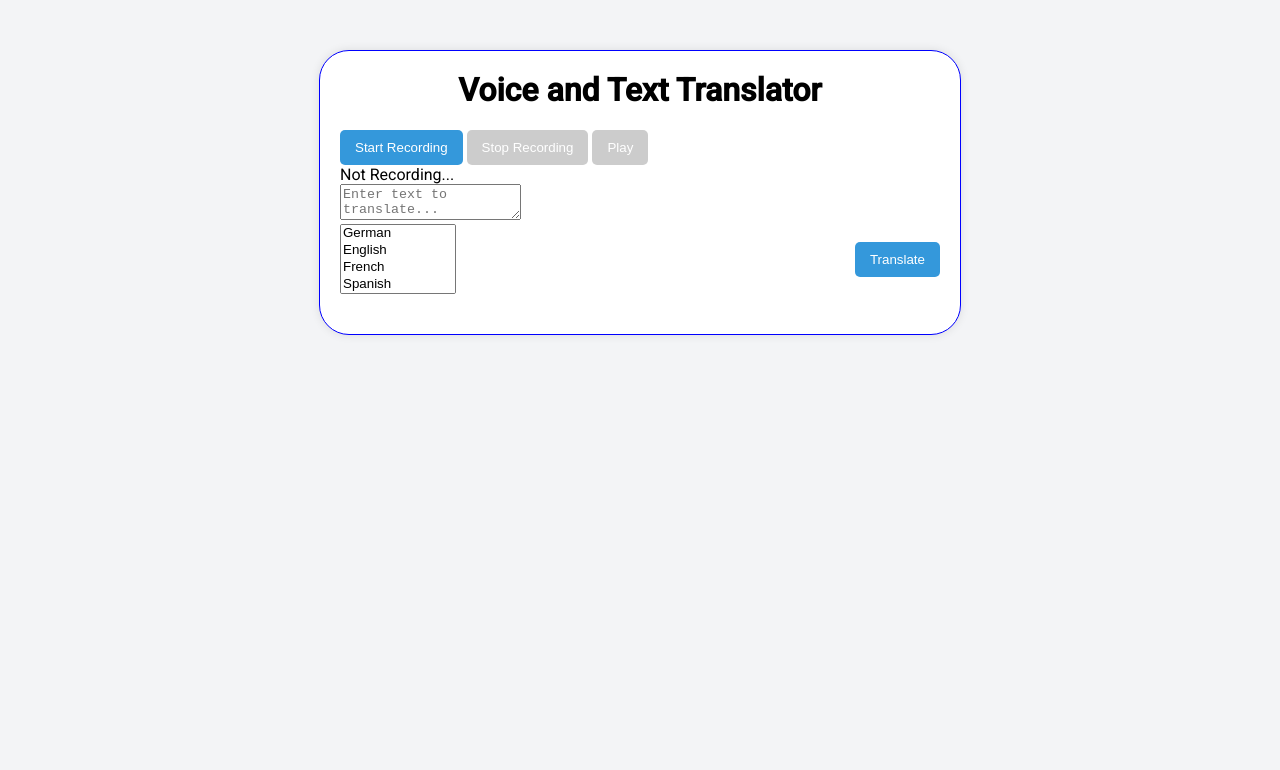
Repository: Tobby004/voice-and-text-translator
Page: index.html
These files come from the project's save history. The page is drawn as it stood at one moment and after the next save; the edit follows.
The browser window is 1280 px wide. The pictures show the whole page.

Above is the page before, as saved 2023-09-06 15:23:14.
Console error: TypeError: Cannot read properties of null (reading 'addEventListener')

After the next save:
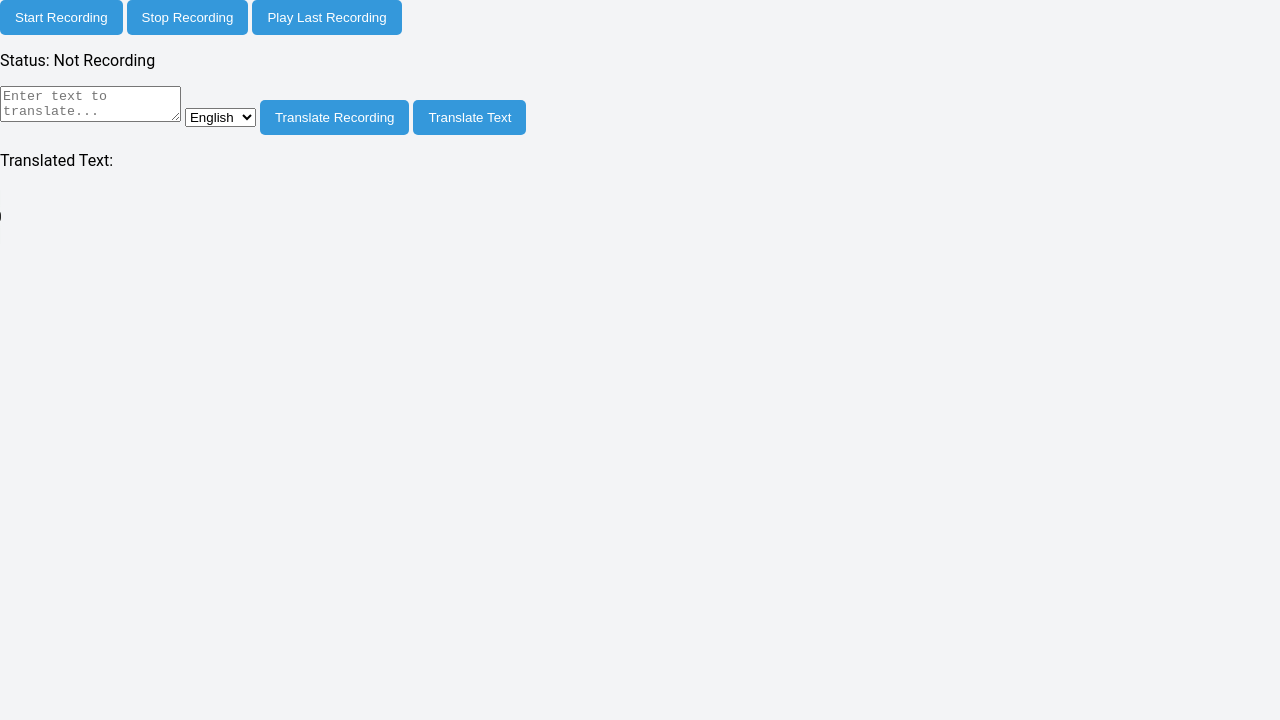
The error is gone.
Saved 89 min 43 s later.
--- a/index.html
+++ b/index.html
@@ -2,38 +2,36 @@
 <html lang="en">
 <head>
     <meta charset="UTF-8">
-    <meta http-equiv="X-UA-Compatible" content="IE=edge">
     <meta name="viewport" content="width=device-width, initial-scale=1.0">
-    <title>Voice and Text Translator</title>
+    <title>Voice & Text Translator</title>
     <link rel="stylesheet" href="style.css">
-    <link href="https://fonts.googleapis.com/css2?family=Roboto:wght@400;500&display=swap" rel="stylesheet">
 </head>
 <body>
-    <div class="container">
-        <h1>Voice and Text Translator</h1>
+    <!-- Voice Recording Section -->
+    <button id="startRecord">Start Recording</button>
+    <button id="stopRecord">Stop Recording</button>
+    <button id="playAudio">Play Last Recording</button>
+    <p id="recordingStatus">Status: Not Recording</p>
 
-        <div class="voice-controls">
-            <button id="startRecord">Start Recording</button>
-            <button id="stopRecord" disabled>Stop Recording</button>
-            <button id="playAudio" disabled>Play</button>
-            <a id="downloadAudio" href="#" download="recording.wav" style="display: none;">Download Recording</a>
-            <div id="recordingStatus">Not Recording...</div>
-            <audio id="audioPlayer" controls style="display:none;"></audio>
-        </div>
+    <!-- Text Entry Section -->
+    <textarea id="textToTranslate" placeholder="Enter text to translate..."></textarea>
 
-        <div class="text-controls">
-            <textarea id="inputText" placeholder="Enter text to translate..."></textarea>
-        </div>
+    <!-- Language Selection -->
+    <select id="languageSelect">
+        <option value="en">English</option>
+        <option value="de">German</option>
+        <option value="fr">French</option>
+        <option value="es">Spanish</option>
+        <!-- Add more languages as needed -->
+    </select>
 
-        <div class="translation-controls">
-            <select id="languageSelect" multiple></select>
-            <button id="translate">Translate</button>
-        </div>
-        <div id="translatedTextContainer">
-            <!-- Translated texts will be appended here -->
-        </div>
-    </div>
+    <button id="translate">Translate Recording</button>
+    <button id="textTranslate">Translate Text</button>
+    <p>Translated Text:</p>
+    <div id="translatedTextContainer"></div>
+
+    <audio id="audioPlayer" controls></audio>
+
     <script src="app.js"></script>
-    <script src="translator.js"></script>
 </body>
 </html>
